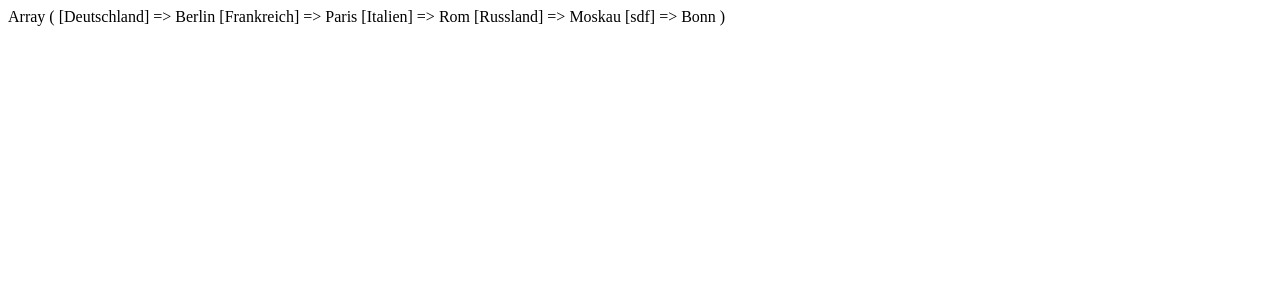
Repository: dklinger/Studium
Page: http://localhost/K_Aufgabe_03.php
These files come from the project's save history. The page is drawn as it stood at one moment and after the next save; the edit follows.
The browser window is 1280 px wide. The pictures show the whole page.
The page is run by PHP 8.4 with error messages shown; the project is at /var/www/html/.

Above is the page before, as saved 2014-07-05 15:15:32.

### SS2014/Skriptsprachenorientierte Programmiertechnik/Klausurvorbereitung/K_Aufgabe_03.php
<?php

$laender = array("Deutschland" => "Berlin", "Frankreich" => "Paris", "Italien" => "Rom", "Russland" => "Moskau");

addLand("sdf", "Bonn");

function addLand($land, $stadt)
{
	global $laender;
	if(array_key_exists($land, $laender))
	{
		if(strcasecmp($laender[$land], $stadt) <> 0)
		{
			echo "Möchten Sie Stadt zum Land $land von $laender[$land] zu $stadt ändern? (j/n)";
			$aendern = trim(fgets(STDIN));
			if(strcasecmp($aendern, "j") == 0)
			{
				$laender[$land] = $stadt;
			}
		}
	}
	else
	{
		$laender[$land] = $stadt;
	}

	print_r($laender);
}

function quiz()
{
	global $laender;
	$anzRichtig = 0;

	foreach($laender as $key => $val)
	{
		echo "Land: ".$key."\r\n";
		echo "Eingabe: ";
		$user = trim(fgets(STDIN));
		if(strcasecmp($laender[$key], $user) == 0)
		{
			echo "Richtig!\r\n";
			$anzRichtig++;
		}
		else
		{
			echo "Falsch! Richtig wäre $laender[$key]\r\n";
		}
	}

	echo "Anzahl richtige Antworten: $anzRichtig";
}

After the next save:
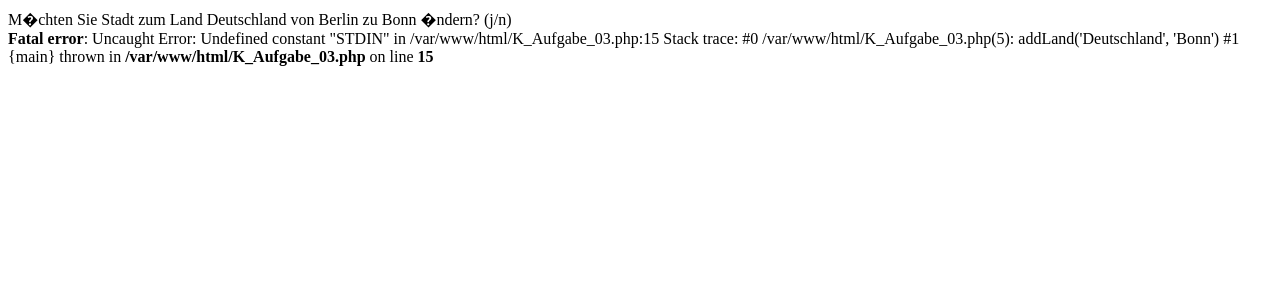
Saved 5 s later.
--- a/SS2014/Skriptsprachenorientierte Programmiertechnik/Klausurvorbereitung/K_Aufgabe_03.php
+++ b/SS2014/Skriptsprachenorientierte Programmiertechnik/Klausurvorbereitung/K_Aufgabe_03.php
@@ -2,7 +2,7 @@
 
 $laender = array("Deutschland" => "Berlin", "Frankreich" => "Paris", "Italien" => "Rom", "Russland" => "Moskau");
 
-addLand("sdf", "Bonn");
+addLand("Deutschland", "Bonn");
 
 function addLand($land, $stadt)
 {
